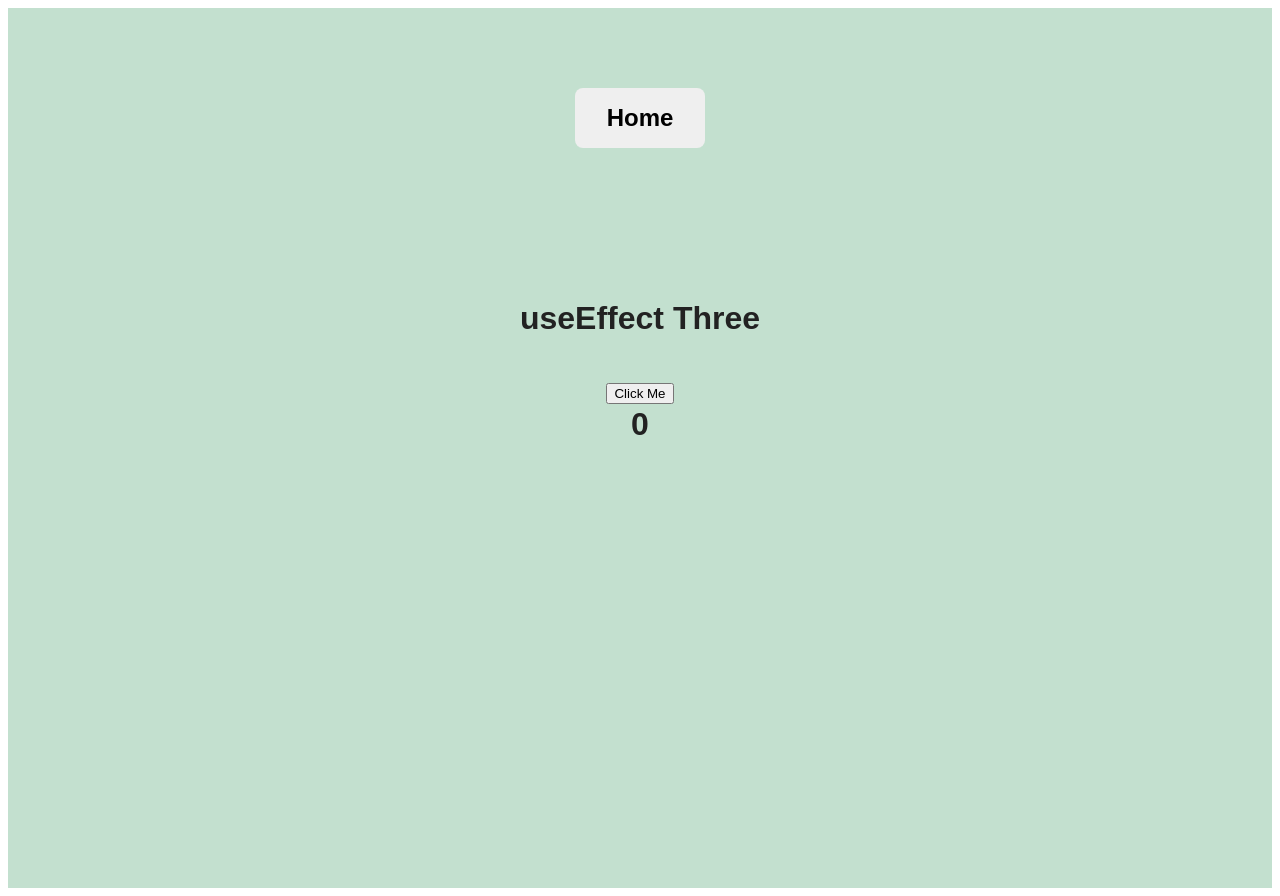
Repository: giovanabirck/class8
Page: /useEffectThree
The author's editor kept a copy of each file at every save. The page is drawn from the files as they stood at one save, then again after the next save.
The browser window is 1280 px wide. The pictures show the whole page.
The project was rebuilt for these pictures with package versions that can differ from the ones it lists, and the page was loaded fresh each time. The framework's server and built-in components were replaced by stand-ins that run in the browser. Also part of the build but not shown: next.config.js.

Above is the page before, as saved 2023-02-23 18:14:26.

After the next save:
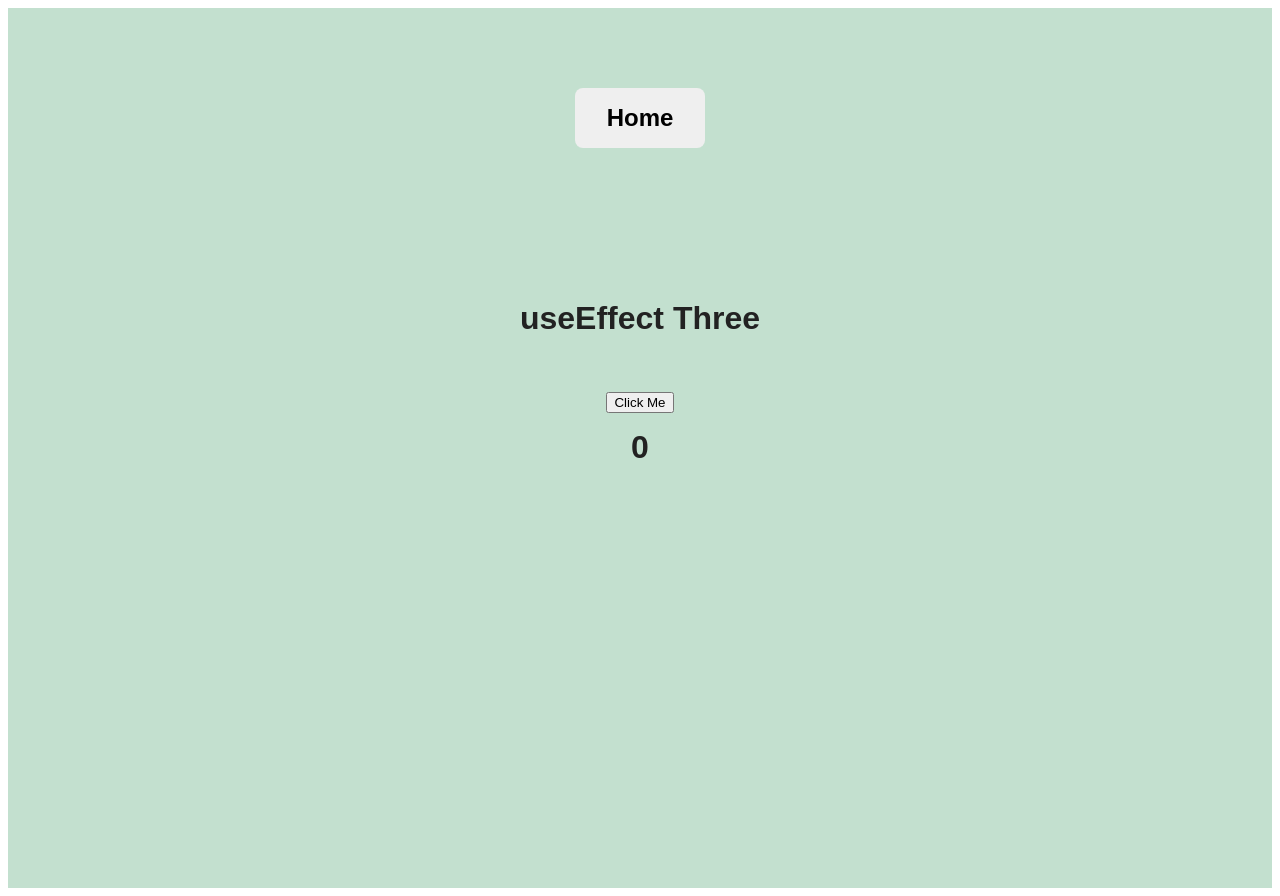
Saved 19 s later.
--- a/pages/useEffectThree.js
+++ b/pages/useEffectThree.js
@@ -29,7 +29,7 @@ export default function useEffectThree() {
                         useEffect Three
                     </div>
 
-                    <div>
+                    <div className={styles.btn}>
                         <button onClick={() => setNumber(number + 1)}>Click Me</button>
                     </div>
 
